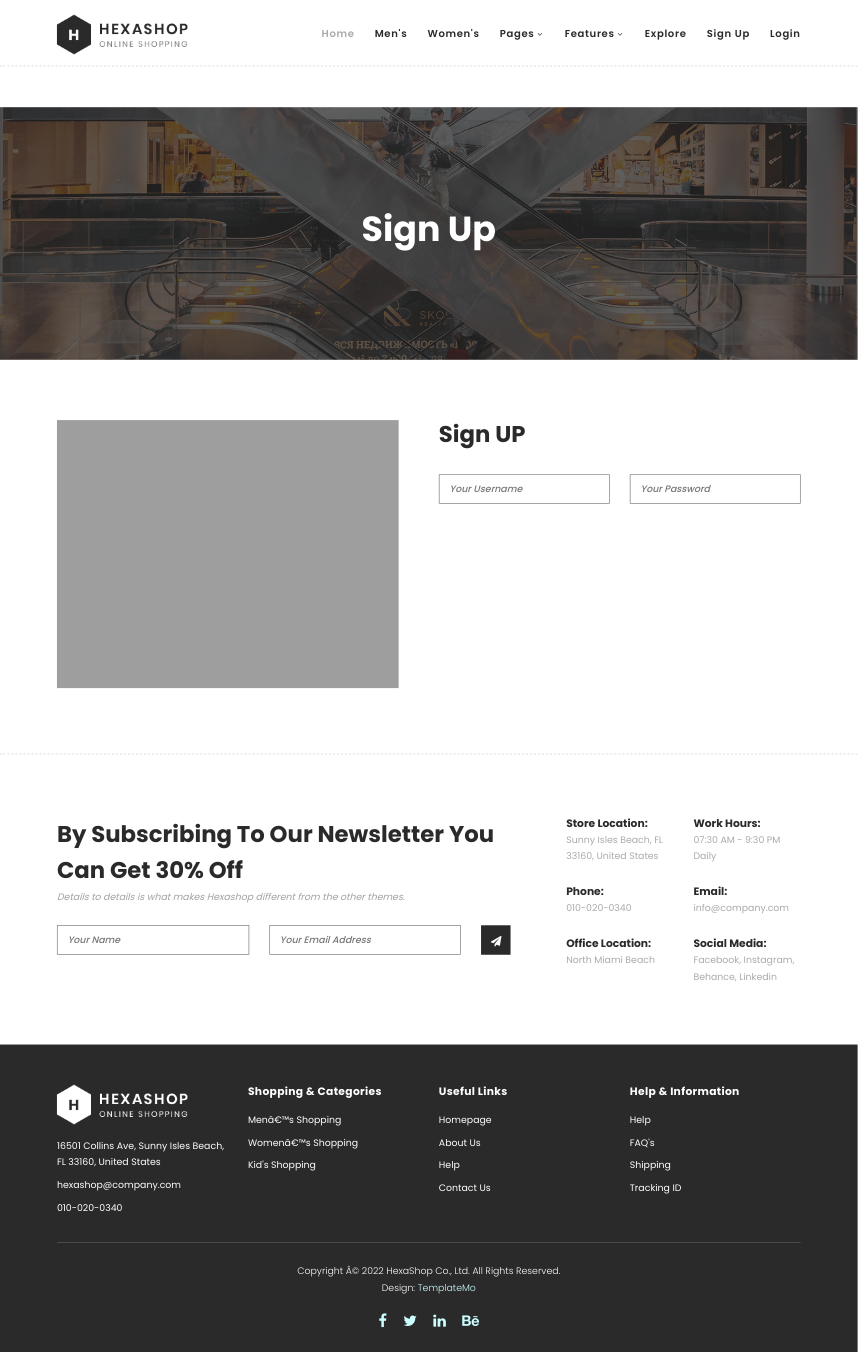
Repository: anmoltrivedi2111/JAVA
Page: http://localhost/HexaShop/login.jsp
The author's editor kept a copy of each file at every save. The page is drawn from the files as they stood at one save, then again after the next save.
The browser window is 1280 px wide. The pictures show the whole page, at 67% of full size.
Pictures or frames that could not be fetched are drawn as grey boxes. The page is served by Tomcat 9. Other server files are loaded and not shown.

Above is the page before, as saved 2025-05-21 05:37:13.
Console error: TypeError: Cannot read properties of undefined (reading 'top')

### eclipse-workspace/HexaShop/src/main/webapp/login.jsp
<!DOCTYPE html>
<html lang="en">

<%@ include file="header.jsp" %>

    <!-- ***** Main Banner Area Start ***** -->
    <div class="page-heading about-page-heading" id="top">
        <div class="container">
            <div class="row">
                <div class="col-lg-12">
                    <div class="inner-content">
                        <h2>Sign Up</h2>

                    </div>
                </div>
            </div>
        </div>
    </div>
    <!-- ***** Main Banner Area End ***** -->

    <!-- ***** Contact Area Starts ***** -->
    <div class="contact-us">
        <div class="container">
            <div class="row">
                <div class="col-lg-6">
                    <div id="map">
                      <iframe src="https://www.google.com/maps/embed?pb=!1m18!1m12!1m3!1d90186.37207676383!2d-80.13495239500924!3d25.9317678710111!2m3!1f0!2f0!3f0!3m2!1i1024!2i768!4f13.1!3m3!1m2!1s0x88d9ad1877e4a82d%3A0xa891714787d1fb5e!2sPier%20Park!5e1!3m2!1sen!2sth!4v1637512439384!5m2!1sen!2sth" width="100%" height="400px" frameborder="0" style="border:0" allowfullscreen></iframe>
                      <!-- You can simply copy and paste "Embed a map" code from Google Maps for any location. -->

                    </div>
                </div>
                <div class="col-lg-6">
                    <div class="section-heading">
                        <h2>Sign UP</h2>

                    </div>
                    <form id="contact" action="" method="post">
                        <div class="row">

                             <div class="col-lg-6">
                            <fieldset>
                              <input name="unm" type="text" id="email" placeholder="Your Username" required="">
                            </fieldset>
                            </div>
                             <div class="col-lg-6">
                            <fieldset>
                              <input name="pw" type="password" id="email" placeholder="Your Password" required="">
                            </fieldset>
                            </div>
                        </div>
                      </form>
                </div>
            </div>
        </div>
    </div>
    <!-- ***** Contact Area Ends ***** -->

    <!-- ***** Subscribe Area Starts ***** -->
    <div class="subscribe">
        <div class="container">
            <div class="row">
                <div class="col-lg-8">
                    <div class="section-heading">
                        <h2>By Subscribing To Our Newsletter You Can Get 30% Off</h2>
                        <span>Details to details is what makes Hexashop different from the other themes.</span>
                    </div>
                    <form id="subscribe" action="" method="get">
                        <div class="row">
                          <div class="col-lg-5">
                            <fieldset>
                              <input name="name" type="text" id="name" placeholder="Your Name" required="">
                            </fieldset>
                          </div>
                          <div class="col-lg-5">
                            <fieldset>
                              <input name="email" type="text" id="email" pattern="[^ @]*@[^ @]*" placeholder="Your Email Address" required="">
                            </fieldset>
                          </div>
                          <div class="col-lg-2">
                            <fieldset>
                              <button type="submit" id="form-submit" class="main-dark-button"><i class="fa fa-paper-plane"></i></button>
                            </fieldset>
                          </div>
                        </div>
                    </form>
                </div>
                <div class="col-lg-4">
                    <div class="row">
                        <div class="col-6">
                            <ul>
                                <li>Store Location:<br><span>Sunny Isles Beach, FL 33160, United States</span></li>
                                <li>Phone:<br><span>010-020-0340</span></li>
                                <li>Office Location:<br><span>North Miami Beach</span></li>
                            </ul>
                        </div>
                        <div class="col-6">
                            <ul>
                                <li>Work Hours:<br><span>07:30 AM - 9:30 PM Daily</span></li>
                                <li>Email:<br><span>info@company.com</span></li>
                                <li>Social Media:<br><span><a href="#">Facebook</a>, <a href="#">Instagram</a>, <a href="#">Behance</a>, <a href="#">Linkedin</a></span></li>
                            </ul>
                        </div>
                    </div>
                </div>
            </div>
        </div>
    </div>
    <!-- ***** Subscribe Area Ends ***** -->

 <%@include file="footer.jsp" %>

    <!-- jQuery -->
    <script src="assets/js/jquery-2.1.0.min.js"></script>

    <!-- Bootstrap -->
    <script src="assets/js/popper.js"></script>
    <script src="assets/js/bootstrap.min.js"></script>

    <!-- Plugins -->
    <script src="assets/js/owl-carousel.js"></script>
    <script src="assets/js/accordions.js"></script>
    <script src="assets/js/datepicker.js"></script>
    <script src="assets/js/scrollreveal.min.js"></script>
    <script src="assets/js/waypoints.min.js"></script>
    <script src="assets/js/jquery.counterup.min.js"></script>
    <script src="assets/js/imgfix.min.js"></script>
    <script src="assets/js/slick.js"></script>
    <script src="assets/js/lightbox.js"></script>
    <script src="assets/js/isotope.js"></script>

    <!-- Global Init -->
    <script src="assets/js/custom.js"></script>

    <script>

        $(function() {
            var selectedClass = "";
            $("p").click(function(){
            selectedClass = $(this).attr("data-rel");
            $("#portfolio").fadeTo(50, 0.1);
                $("#portfolio div").not("."+selectedClass).fadeOut();
            setTimeout(function() {
              $("."+selectedClass).fadeIn();
              $("#portfolio").fadeTo(50, 1);
            }, 500);

            });
        });

    </script>

  </body>

</html>

### eclipse-workspace/HexaShop/src/main/webapp/header.jsp
  <head>

    <meta charset="utf-8">
    <meta name="viewport" content="width=device-width, initial-scale=1, shrink-to-fit=no">
    <meta name="description" content="">
    <meta name="author" content="">
    <link href="https://fonts.googleapis.com/css?family=Poppins:100,200,300,400,500,600,700,800,900&display=swap" rel="stylesheet">

    <title>Hexashop Ecommerce HTML CSS Template</title>


    <!-- Additional CSS Files -->
    <link rel="stylesheet" type="text/css" href="assets/css/bootstrap.min.css">

    <link rel="stylesheet" type="text/css" href="assets/css/font-awesome.css">

    <link rel="stylesheet" href="assets/css/templatemo-hexashop.css">

    <link rel="stylesheet" href="assets/css/owl-carousel.css">

    <link rel="stylesheet" href="assets/css/lightbox.css">
<!--

TemplateMo 571 Hexashop

https://templatemo.com/tm-571-hexashop

-->
    </head>

    <body>

    <!-- ***** Preloader Start ***** -->
    <div id="preloader">
        <div class="jumper">
            <div></div>
            <div></div>
            <div></div>
        </div>
    </div>
    <!-- ***** Preloader End ***** -->


    <!-- ***** Header Area Start ***** -->
    <header class="header-area header-sticky">
        <div class="container">
            <div class="row">
                <div class="col-12">
                    <nav class="main-nav">
                        <!-- ***** Logo Start ***** -->
                        <a href="index.jsp" class="logo">
                            <img src="assets/images/logo.png">
                        </a>
                        <!-- ***** Logo End ***** -->
                        <!-- ***** Menu Start ***** -->
                        <ul class="nav">
                            <li class="scroll-to-section"><a href="#top" class="active">Home</a></li>
                            <li class="scroll-to-section"><a href="#men">Men's</a></li>
                            <li class="scroll-to-section"><a href="#women">Women's</a></li>

                            <li class="submenu">
                                <a href="javascript:;">Pages</a>
                                <ul>
                                    <li><a href="about.jsp">About Us</a></li>
                                    <li><a href="products.jsp">Products</a></li>
                                    <li><a href="single-product.jsp">Single Product</a></li>
                                    <li><a href="contact.jsp">Contact Us</a></li>
                                </ul>
                            </li>

                            <li class="submenu">
                                <a href="javascript:;">Features</a>
                                <ul>
                                    <li><a href="#">Features Page 1</a></li>
                                    <li><a href="#">Features Page 2</a></li>
                                    <li><a href="#">Features Page 3</a></li>
                                    <li><a rel="nofollow" href="https://templatemo.com/page/4" target="_blank">Template Page 4</a></li>
                                </ul>
                            </li>
                            <li class="scroll-to-section"><a href="#explore">Explore</a></li>
                            <li class=""><a href="Signup.jsp">Sign Up</a></li>
                            <li class=""><a href="login.jsp">Login</a></li>
                        </ul>
                        <a class='menu-trigger'>
                            <span>Menu</span>
                        </a>
                        <!-- ***** Menu End ***** -->
                    </nav>
                </div>
            </div>
        </div>
    </header>
    <!-- ***** Header Area End ***** -->

### eclipse-workspace/HexaShop/src/main/webapp/footer.jsp
   <!-- ***** Footer Start ***** -->
    <footer>
        <div class="container">
            <div class="row">
                <div class="col-lg-3">
                    <div class="first-item">
                        <div class="logo">
                            <img src="assets/images/white-logo.png" alt="hexashop ecommerce templatemo">
                        </div>
                        <ul>
                            <li><a href="#">16501 Collins Ave, Sunny Isles Beach, FL 33160, United States</a></li>
                            <li><a href="#">hexashop@company.com</a></li>
                            <li><a href="#">010-020-0340</a></li>
                        </ul>
                    </div>
                </div>
                <div class="col-lg-3">
                    <h4>Shopping &amp; Categories</h4>
                    <ul>
                        <li><a href="#">Men’s Shopping</a></li>
                        <li><a href="#">Women’s Shopping</a></li>
                        <li><a href="#">Kid's Shopping</a></li>
                    </ul>
                </div>
                <div class="col-lg-3">
                    <h4>Useful Links</h4>
                    <ul>
                        <li><a href="#">Homepage</a></li>
                        <li><a href="#">About Us</a></li>
                        <li><a href="#">Help</a></li>
                        <li><a href="#">Contact Us</a></li>
                    </ul>
                </div>
                <div class="col-lg-3">
                    <h4>Help &amp; Information</h4>
                    <ul>
                        <li><a href="#">Help</a></li>
                        <li><a href="#">FAQ's</a></li>
                        <li><a href="#">Shipping</a></li>
                        <li><a href="#">Tracking ID</a></li>
                    </ul>
                </div>
                <div class="col-lg-12">
                    <div class="under-footer">
                        <p>Copyright © 2022 HexaShop Co., Ltd. All Rights Reserved.

                        <br>Design: <a href="https://templatemo.com" target="_parent" title="free css templates">TemplateMo</a></p>
                        <ul>
                            <li><a href="#"><i class="fa fa-facebook"></i></a></li>
                            <li><a href="#"><i class="fa fa-twitter"></i></a></li>
                            <li><a href="#"><i class="fa fa-linkedin"></i></a></li>
                            <li><a href="#"><i class="fa fa-behance"></i></a></li>
                        </ul>
                    </div>
                </div>
            </div>
        </div>
    </footer>

### eclipse-workspace/HexaShop/src/main/webapp/assets/css/owl-carousel.css
/**
 * Owl Carousel v2.3.4
 * Copyright 2013-2018 David Deutsch
 * Licensed under: SEE LICENSE IN https://github.com/OwlCarousel2/OwlCarousel2/blob/master/LICENSE
 */
/*
 *  Owl Carousel - Core
 */
.owl-carousel {
  display: none;
  width: 100%;
  -webkit-tap-highlight-color: transparent;
  /* position relative and z-index fix webkit rendering fonts issue */
  position: relative;
  z-index: 1; }
  .owl-carousel .owl-stage {
    position: relative;
    -ms-touch-action: pan-Y;
    touch-action: manipulation;
    -moz-backface-visibility: hidden;
    /* fix firefox animation glitch */ }
  .owl-carousel .owl-stage:after {
    content: ".";
    display: block;
    clear: both;
    visibility: hidden;
    line-height: 0;
    height: 0; }
  .owl-carousel .owl-stage-outer {
    position: relative;
    overflow: hidden;
    /* fix for flashing background */
    -webkit-transform: translate3d(0px, 0px, 0px); }
  .owl-carousel .owl-wrapper,
  .owl-carousel .owl-item {
    -webkit-backface-visibility: hidden;
    -moz-backface-visibility: hidden;
    -ms-backface-visibility: hidden;
    -webkit-transform: translate3d(0, 0, 0);
    -moz-transform: translate3d(0, 0, 0);
    -ms-transform: translate3d(0, 0, 0); }
  .owl-carousel .owl-item {
    position: relative;
    min-height: 1px;
    float: left;
    -webkit-backface-visibility: hidden;
    -webkit-tap-highlight-color: transparent;
    -webkit-touch-callout: none; }
  .owl-carousel .owl-item img {
    display: block;
    width: 100%; }
  .owl-carousel .owl-nav.disabled,
  .owl-carousel .owl-dots.disabled {
    display: none; }
  .owl-carousel .owl-nav .owl-prev,
  .owl-carousel .owl-nav .owl-next,
  .owl-carousel .owl-dot {
    cursor: pointer;
    -webkit-user-select: none;
    -khtml-user-select: none;
    -moz-user-select: none;
    -ms-user-select: none;
    user-select: none; }
  .owl-carousel .owl-nav button.owl-prev,
  .owl-carousel .owl-nav button.owl-next,
  .owl-carousel button.owl-dot {
    background: none;
    color: inherit;
    border: none;
    padding: 0 !important;
    font: inherit; }
  .owl-carousel.owl-loaded {
    display: block; }
  .owl-carousel.owl-loading {
    opacity: 0;
    display: block; }
  .owl-carousel.owl-hidden {
    opacity: 0; }
  .owl-carousel.owl-refresh .owl-item {
    visibility: hidden; }
  .owl-carousel.owl-drag .owl-item {
    -ms-touch-action: pan-y;
        touch-action: pan-y;
    -webkit-user-select: none;
    -moz-user-select: none;
    -ms-user-select: none;
    user-select: none; }
  .owl-carousel.owl-grab {
    cursor: move;
    cursor: grab; }
  .owl-carousel.owl-rtl {
    direction: rtl; }
  .owl-carousel.owl-rtl .owl-item {
    float: right; }

/* No Js */
.no-js .owl-carousel {
  display: block; }

/*
 *  Owl Carousel - Animate Plugin
 */
.owl-carousel .animated {
  animation-duration: 1000ms;
  animation-fill-mode: both; }

.owl-carousel .owl-animated-in {
  z-index: 0; }

.owl-carousel .owl-animated-out {
  z-index: 1; }

.owl-carousel .fadeOut {
  animation-name: fadeOut; }

@keyframes fadeOut {
  0% {
    opacity: 1; }
  100% {
    opacity: 0; } }

/*
 * 	Owl Carousel - Auto Height Plugin
 */
.owl-height {
  transition: height 500ms ease-in-out; }

/*
 * 	Owl Carousel - Lazy Load Plugin
 */
.owl-carousel .owl-item {
  /**
			This is introduced due to a bug in IE11 where lazy loading combined with autoheight plugin causes a wrong
			calculation of the height of the owl-item that breaks page layouts
		 */ }
  .owl-carousel .owl-item .owl-lazy {
    opacity: 0;
    transition: opacity 400ms ease; }
  .owl-carousel .owl-item .owl-lazy[src^=""], .owl-carousel .owl-item .owl-lazy:not([src]) {
    max-height: 0; }
  .owl-carousel .owl-item img.owl-lazy {
    transform-style: preserve-3d; }

/*
 * 	Owl Carousel - Video Plugin
 */
.owl-carousel .owl-video-wrapper {
  position: relative;
  height: 100%;
  background: #000; }

.owl-carousel .owl-video-play-icon {
  position: absolute;
  height: 80px;
  width: 80px;
  left: 50%;
  top: 50%;
  margin-left: -40px;
  margin-top: -40px;
  background: url("owl.video.play.png") no-repeat;
  cursor: pointer;
  z-index: 1;
  -webkit-backface-visibility: hidden;
  transition: transform 100ms ease; }

.owl-carousel .owl-video-play-icon:hover {
  -ms-transform: scale(1.3, 1.3);
      transform: scale(1.3, 1.3); }

.owl-carousel .owl-video-playing .owl-video-tn,
.owl-carousel .owl-video-playing .owl-video-play-icon {
  display: none; }

.owl-carousel .owl-video-tn {
  opacity: 0;
  height: 100%;
  background-position: center center;
  background-repeat: no-repeat;
  background-size: contain;
  transition: opacity 400ms ease; }

.owl-carousel .owl-video-frame {
  position: relative;
  z-index: 1;
  height: 100%;
  width: 100%; }

Loaded but not shown: eclipse-workspace/HexaShop/src/main/webapp/assets/css/bootstrap.min.css (library); eclipse-workspace/HexaShop/src/main/webapp/assets/css/font-awesome.css (library); eclipse-workspace/HexaShop/src/main/webapp/assets/css/lightbox.css (library); eclipse-workspace/HexaShop/src/main/webapp/assets/js/jquery-2.1.0.min.js (library); eclipse-workspace/HexaShop/src/main/webapp/assets/js/popper.js (library); eclipse-workspace/HexaShop/src/main/webapp/assets/js/bootstrap.min.js (library); eclipse-workspace/HexaShop/src/main/webapp/assets/js/accordions.js (library); eclipse-workspace/HexaShop/src/main/webapp/assets/js/scrollreveal.min.js (library); eclipse-workspace/HexaShop/src/main/webapp/assets/js/waypoints.min.js (library); eclipse-workspace/HexaShop/src/main/webapp/assets/js/jquery.counterup.min.js (common file); eclipse-workspace/HexaShop/src/main/webapp/assets/js/imgfix.min.js (library); eclipse-workspace/HexaShop/src/main/webapp/assets/js/slick.js (library); eclipse-workspace/HexaShop/src/main/webapp/assets/js/lightbox.js (library); eclipse-workspace/HexaShop/src/main/webapp/assets/js/isotope.js (library); eclipse-workspace/HexaShop/src/main/webapp/assets/js/owl-carousel.js (3448 lines, source omitted); eclipse-workspace/HexaShop/src/main/webapp/assets/js/datepicker.js (1671 lines, source omitted); eclipse-workspace/HexaShop/src/main/webapp/assets/js/custom.js (188 lines, source omitted); eclipse-workspace/HexaShop/src/main/webapp/assets/css/templatemo-hexashop.css (2379 lines, source omitted)

After the next save:
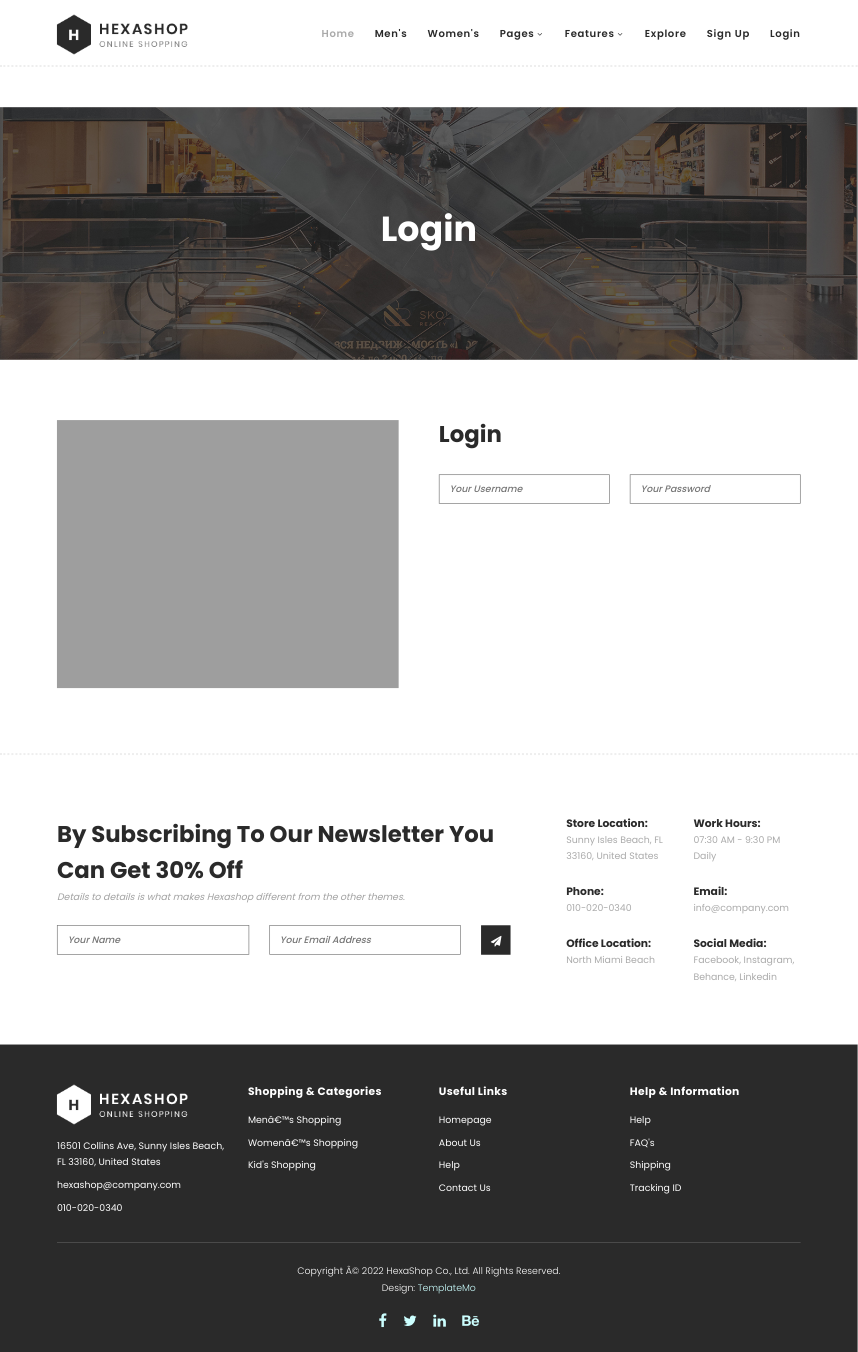
Saved 70 s later.
--- a/eclipse-workspace/HexaShop/src/main/webapp/login.jsp
+++ b/eclipse-workspace/HexaShop/src/main/webapp/login.jsp
@@ -9,7 +9,7 @@
             <div class="row">
                 <div class="col-lg-12">
                     <div class="inner-content">
-                        <h2>Sign Up</h2>
+                        <h2>Login</h2>
 
                     </div>
                 </div>
@@ -31,7 +31,7 @@
                 </div>
                 <div class="col-lg-6">
                     <div class="section-heading">
-                        <h2>Sign UP</h2>
+                        <h2>Login</h2>
 
                     </div>
                     <form id="contact" action="" method="post">
